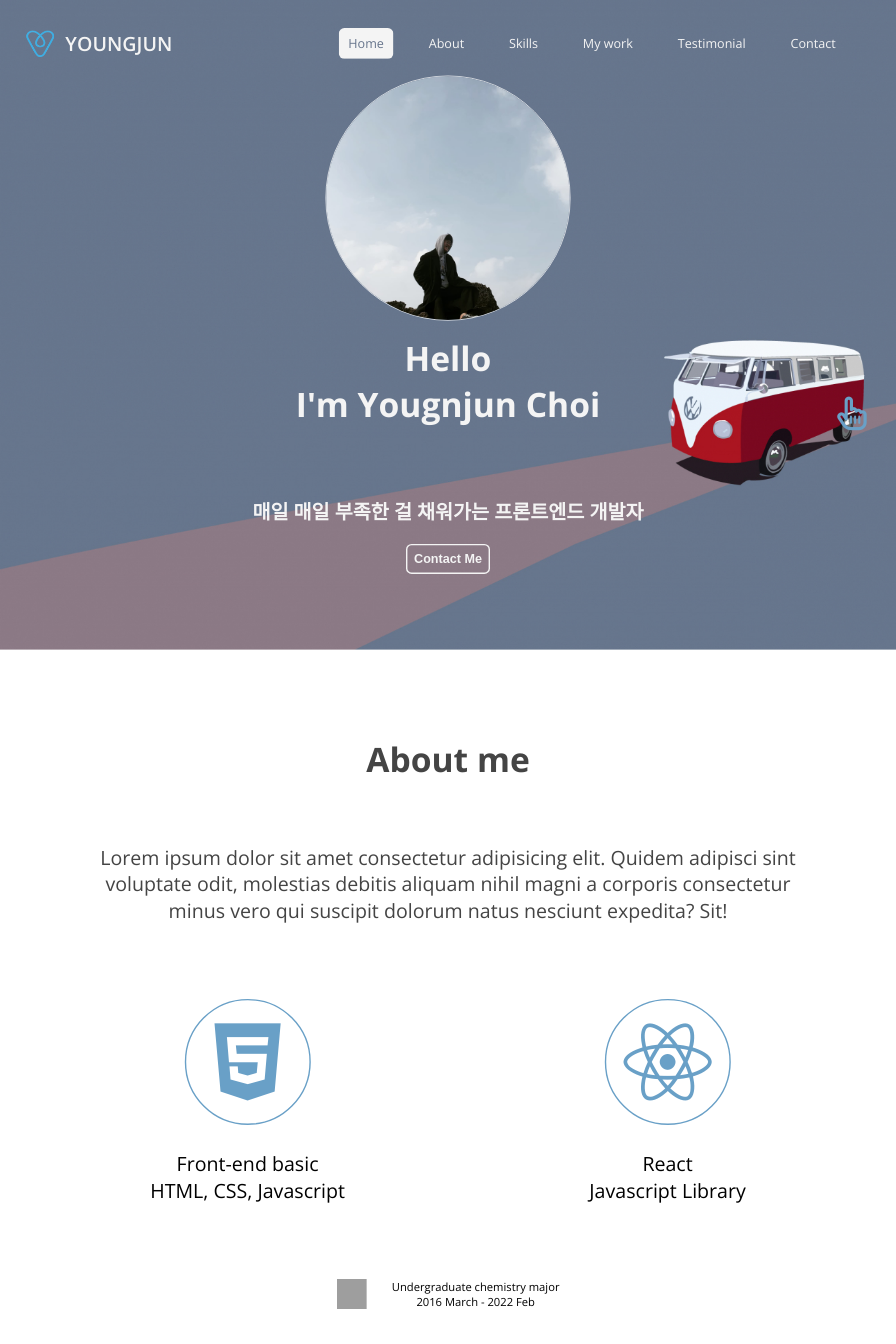
Repository: choi2021/portfolio-vanillaJS
Page: index.html
These files come from the project's save history. The page is drawn as it stood at one moment and after the next save; the edit follows.
The browser window is 1280 px wide. The pictures show the part of the page from y = 0 to 1920 px (the page is 5636 px tall), at 70% of full size.
Pictures or frames that could not be fetched are drawn as grey boxes. Some web libraries are served in a nearby version.

Above is the page before, as saved 2022-01-08 16:52:12.

### index.html
<!DOCTYPE html>
<html lang="en">

<head>
  <meta charset="UTF-8">
  <meta http-equiv="X-UA-Compatible" content="IE=edge">
  <meta name="viewport" content="width=device-width, initial-scale=1.0">
  <title>Youngjun's Portfolio</title>
  <meta name="description" content="Front-end developer Youngjun">
  <meta name="author" content="Youngjun ">
  <link rel="icon" href="public/favicon.png" type="public/png">
  <link rel="stylesheet" href="style.css">
  <script src="main.js" defer></script>
  <script src="https://kit.fontawesome.com/a6a726722e.js" crossorigin="anonymous"></script>
  <link href="https://fonts.googleapis.com/css2?family=Open+Sans:wght@400;600;700&display=swap" rel="stylesheet">
</head>

<body>
  <!-- Navbar -->
  <nav class="navbar">
    <div class="navbar__logo">
      <img src="public/favicon.png" alt="logo">
      <a href="#">YOUNGJUN</a>
    </div>
    <ul class="navbar__menu">
      <li class="navbar__menu__item active" data-section=".home">Home</li>
      <li class="navbar__menu__item" data-section=".about">About</li>
      <li class="navbar__menu__item" data-section=".skills">Skills</li>
      <li class="navbar__menu__item" data-section=".work">My work</li>
      <li class="navbar__menu__item" data-section=".testimonials">Testimonial</li>
      <li class="navbar__menu__item" data-section=".contact">Contact</li>
    </ul>
    <button class="navbar__toggleBtn">
      <i class="fas fa-bars"></i>
    </button>
  </nav>
  <!-- Home -->
  <section class="home">
    <img class="home__avatar" src="public/profile.jpg" alt="home-img">
    <h1 class="title">Hello <br> I'm Yougnjun Choi</h1>
    <h3 class="description">매일 매일 부족한 걸 채워가는 프론트엔드 개발자</h3>
    <button class="home__contact">contact me</button>
  </section>
  <!-- About -->
  <section class="about section">
    <div class="section__container">
      <h1 class="title">About me</h1>
      <p class="description">Lorem ipsum dolor sit amet consectetur adipisicing elit. Quidem adipisci sint voluptate
        odit, molestias debitis aliquam nihil magni a corporis consectetur minus vero qui suscipit dolorum natus
        nesciunt
        expedita? Sit!</p>
      <ul class="about__stacks">
        <li class="stack">
          <div class="stack__icon">
            <i class="fab fa-html5"></i>
          </div>
          <div class="stack__title">Front-end basic</div>
          <div class="stack__description">HTML, CSS, Javascript</div>
        </li>
        <li class="stack">
          <div class="stack__icon">
            <i class="fab fa-react"></i>
          </div>
          <div class="stack__title">React</div>
          <div class="stack__description">Javascript Library</div>
        </li>
      </ul>
      <div class="about__experience">
        <img src="public/gist_logo.jpg" alt="">
        <div class="experience__description">
          <div class="experience__name">Undergraduate chemistry major</div>
          <div class="experience__term">2016 March - 2022 Feb</div>
        </div>
      </div>
    </div>
  </section>
  <!-- Skills -->
  <section class="skills section">
    <div class="section__container">
      <h1 class="title">Skills</h1>
      <h2 class="sub_title">Skills & Attributes</h2>
      <p class="description">Lorem ipsum dolor sit amet, consectetur adipisicing elit. Harum cupiditate magnam modi
        eius? Soluta,
        quidem sed dicta animi maiores nemo laudantium dolores aliquam, molestias suscipit id accusantium unde
        temporibus
        nostrum.</p>
      <div class="skillset">
        <div class="skillset__left">
          <h3 class="skillset__title">Skills</h3>
          <div class="skill">
            <div class="skill__description">
              <span class="description__name">HTML</span>
              <span class="description__figure">80%</span>
            </div>
            <div class="skill__bar">
              <div class="skill__value" style="width: 80%"></div>
            </div>
          </div>
          <div class="skill">
            <div class="skill__description">
              <span class="description__name">CSS</span>
              <span class="description__figure">60%</span>
            </div>
            <div class="skill__bar">
              <div class="skill__value" style="width: 60%"></div>
            </div>
          </div>
          <div class="skill">
            <div class="skill__description">
              <span class="description__name">Javascript</span>
              <span class="description__figure">40%</span>
            </div>
            <div class="skill__bar">
              <div class="skill__value" style="width: 40%"></div>
            </div>
          </div>
          <div class="skill">
            <div class="skill__description">
              <span class="description__name">React</span>
              <span class="description__figure">10%</span>
            </div>
            <div class="skill__bar">
              <div class="skill__value" style="width:10%"></div>
            </div>
          </div>
        </div>
        <div class="skillset__right">
          <section class="tools">
            <h3 class="tools__title">Tools</h3>
            <ul class="tools__list">
              <li>
                <span>Visual Studio</span>
              </li>
            </ul>
          </section>
          <section class="etc">
            <h3 class="skillset__title">Etc</h3>
            <ul class="etc__list">
              <li>
                <span>Git</span>
              </li>
            </ul>
          </section>
        </div>
      </div>
    </div>
  </section>
  <section class="work section">
    <div class="section__container">
      <h1 class="title">My Work</h1>
      <h2 class="description">Projects</h2>
      <div class="work__categories">
        <button class="category__btn active">
          All
          <span class="category__count">8</span>
        </button>
        <button class="category__btn">HTML+CSS<span class="category__count">3</span></button>
        <button class="category__btn">HTML+CSS+Javascript<span class="category__count">3</span></button>
        <button class="category__btn">React<span class="category__count">2</span></button>
      </div>
      <div class="work__projects">
        <a href="#" class="project">
          <img src="public/background.jpg" alt="">
          <div class="project__description">
            <h3>Youtube UI</h3>
            <span>Clone coding with HTML and CSS</span>
          </div>
        </a>
        <a href="#" class="project">
          <img src="public/background.jpg" alt="">
          <div class="project__description">
            <h3>Youtube UI</h3>
            <span>Clone coding with HTML and CSS</span>
          </div>
        </a>
        <a href="#" class="project">
          <img src="public/background.jpg" alt="">
          <div class="project__description">
            <h3>Youtube UI</h3>
            <span>Clone coding with HTML and CSS</span>
          </div>
        </a>
        <a href="#" class="project">
          <img src="public/background.jpg" alt="">
          <div class="project__description">
            <h3>Youtube UI</h3>
            <span>Clone coding with HTML and CSS</span>
          </div>
        </a>
        <a href="#" class="project">
          <img src="public/background.jpg" alt="">
          <div class="project__description">
            <h3>Youtube UI</h3>
            <span>Clone coding with HTML and CSS</span>
          </div>
        </a>
        <a href="#" class="project">
          <img src="public/background.jpg" alt="">
          <div class="project__description">
            <h3>Youtube UI</h3>
            <span>Clone coding with HTML and CSS</span>
          </div>
        </a>
        <a href="#" class="project">
          <img src="public/background.jpg" alt="">
          <div class="project__description">
            <h3>Youtube UI</h3>
            <span>Clone coding with HTML and CSS</span>
          </div>
        </a>
        <a href="#" class="project">
          <img src="public/background.jpg" alt="">
          <div class="project__description">
            <h3>Youtube UI</h3>
            <span>Clone coding with HTML and CSS</span>
          </div>
        </a>
      </div>
    </div>
  </section>
  <section class="testimonials section">
    <div class="section__container">
      <h1 class="title">Testimonials</h1>
      <h2 class="description">See what they say about me</h2>
      <div class="testimonialset">
        <div class="testimonial">
          <img class="testimonial__avatar" src="public/background2.jpg" alt="">
          <div class="testimonial__speech-bubble">
            <span>Lorem ipsum dolor sit amet consectetur adipisicing elit. Minus tenetur in minima voluptatum! Accusamus
              suscipit laborum corrupti quidem fuga ratione doloremque. Fugiat porro sapiente sed suscipit delectus
              animi
              harum officia!</span>
            <div class="name-and-company">
              <span class="name"><a href="#"> Ellie</a></span>
              <span class="companay">TigerSpike</span>
            </div>
          </div>
        </div>
        <div class="testimonial">
          <div class="section__container"></div>
          <div class="testimonial__speech-bubble">
            <span>Lorem ipsum dolor sit amet consectetur adipisicing elit. Minus tenetur in minima voluptatum! Accusamus
              suscipit laborum corrupti quidem fuga ratione doloremque. Fugiat porro sapiente sed suscipit delectus
              animi
              harum officia!</span>
            <div class="name-and-company">
              <span class="name"><a href="#"> Ellie</a></span>
              <span class="companay">TigerSpike</span>
            </div>
          </div>
          <img class="testimonial__avatar" src="public/background2.jpg" alt="">
        </div>
      </div>
    </div>

  </section>
  <section class="contact section">
    <h1 class="title">Let's Talk</h1>
    <h2 class="contact__email">juni2004c@gmail.com</h2>
    <div class="contact__links">
      <a href="#">
        <i class="fab fa-github"></i>
      </a>
    </div>
    <p class="contact__rights">2022 Youngjun Choi- All rights reserved</p>
  </section>
  <button class="upBtn">
    <i class="far fa-hand-pointer"></i>
  </button>
</body>

</html>

### style.css
:root {
  /* color */
  --white-color: #f4f4f4;
  --blue-color: #69a0c7;
  --light-yellow-color: #fff6cb;
  --deep-yellow-color: #feac3e;
  --pink-color: #fd8682;
  --black-color: #444444;
  --dark-gray-color: #565656;
  --dim-gray-color: #706f6d;
  --light-gray-color: #d1d1d1;
  --dark-red-color: #8c7a86;
  --dark-blue-color: #67758c;

  /* Space */
  --base-space: 36px;

  /* Font weight */
  --weight-bold: 700;
  --weight-semi-bold: 600;
  --weight-regular: 400;

  /* Font-size */
  --font-large: 48px;
  --font-medium: 28px;
  --font-regular: 18px;
  --font-small: 16px;

  /* size */
  --count-size: 32px;
  --border-size: 8px;
  --logo-size: 43px;
  --avatar-size: 350px;
  --stack-size: 180px;
  --project-width: 280px;
  --project-height: 250px;
  --testimonial-size: 250px;
}

/* Universal tags */
* {
  box-sizing: border-box;
}

h1 {
  font-size: var(--font-large);
  font-weight: var(--weight-bold);
  color: var(--black-color);
  margin: 16px 0px;
}

h2 {
  font-size: var(--font-medium);
  font-weight: var(--weight-semi-bold);
  color: var(--black-color);
  margin: 8px 0px;
}

body {
  margin: 0;
  font-family: "Open Sans", sans-serif;
}

ul {
  list-style: none;
  padding-left: 0;
}

a {
  text-decoration: none;
  color: var(--black-color);
}

button {
  border: none;
  outline: none;
  background-color: transparent;
  cursor: pointer;
}

/* navbar */

.navbar {
  display: flex;
  justify-content: space-between;
  align-items: center;
  background-color: transparent;
  font-size: var(--font-medium);
  position: fixed;
  top: 0;
  width: 100%;
  padding: 12px var(--base-space);
  transition: all ease-in 300ms;
  z-index: 1000;
}

.navbar.withBGColor {
  background-color: var(--dark-blue-color);
}

.navbar__logo {
  display: flex;
  align-items: center;
}

.navbar__logo img {
  width: var(--logo-size);
  height: var(--logo-size);
  margin-right: calc(0.4 * var(--base-space));
}

.navbar__logo a {
  font-size: var(--font-medium);
  font-weight: var(--weight-semi-bold);
  color: var(--white-color);
}

.navbar__menu {
  display: flex;
  padding-left: 0;
}

.navbar__menu__item {
  padding: 8px 12px;
  font-size: var(--font-regular);
  cursor: pointer;
  border: 2px transparent solid;
  border-radius: var(--border-size);
  color: var(--white-color);
  margin-right: var(--base-space);
}

.navbar__menu__item:hover {
  border: 2px white solid;
}

.navbar__menu__item.active {
  background-color: var(--white-color);
  color: var(--dark-blue-color);
}

.navbar__toggleBtn {
  display: none;
  position: absolute;
  top: 20px;
  right: 24px;
  font-size: var(--font-medium);
  color: var(--blue-color);
}

/* Home */

.home {
  padding: calc(3 * var(--base-space)) var(--base-space);
  background: url(./public/background.jpg) no-repeat center/cover;
  text-align: center;
}

.home__avatar {
  width: var(--avatar-size);
  height: var(--avatar-size);
  border-radius: 50%;
  border: 1px white solid;
}

.home .title {
  font-size: var(--font-large);
  font-weight: var(--weight-bold);
  text-align: center;
  color: var(--white-color);
}

.home .description {
  padding-top: calc(2 * var(--base-space));
  font-size: var(--font-medium);
  color: var(--white-color);
}

.home__contact {
  font-size: var(--font-regular);
  font-weight: var(--weight-bold);
  color: var(--white-color);
  text-transform: capitalize;
  padding: calc(0.25 * var(--base-space));
  border: solid var(--white-color) 2px;
  border-radius: var(--border-size);
}

.home__contact:hover {
  background-color: var(--white-color);
  color: var(--dark-blue-color);
}

.section {
  padding: calc(3 * var(--base-space)) var(--base-space);
  text-align: center;
}

.section__container {
  max-width: 1200px;
  margin: auto;
}

.about .description {
  width: 85%;
  margin: auto;
  padding-top: calc(2 * var(--base-space));
  font-size: var(--font-medium);
  text-align: center;
  color: var(--black-color);
  margin-bottom: calc(2 * var(--base-space));
}

.about__stacks {
  display: flex;
  justify-content: space-around;
  padding-left: 0;
  margin: calc(3 * var(--base-space)) 0;
}

.stack {
  font-size: var(--font-medium);
  display: flex;
  flex-direction: column;
  align-items: center;
  text-align: center;
}

.stack__icon {
  font-size: calc(0.7 * var(--stack-size));
  width: var(--stack-size);
  height: var(--stack-size);
  display: flex;
  justify-content: center;
  align-items: center;
  color: var(--blue-color);
  border: 2px solid var(--blue-color);
  border-radius: 50%;
  margin-bottom: var(--base-space);
  transition: transform 300ms ease-in;
}

.stack__icon:hover {
  transform: rotate(45deg);
  color: var(--dark-blue-color);
  border: 2px solid var(--dark-blue-color);
}

.about__experience {
  display: flex;
  justify-content: center;
  width: 50%;
  margin: auto;
}

.about__experience img {
  width: var(--logo-size);
  height: var(--logo-size);
  margin-right: var(--base-space);
}

.skills {
  background-color: var(--light-yellow-color);
}

.skills .sub_title {
  font-size: var(--font-medium);
  font-weight: var(--weight-bold);
  text-align: center;
  color: var(--black-color);
}

.skills .description {
  width: 85%;
  margin: auto;
  padding-top: calc(2 * var(--base-space));
  font-size: var(--font-medium);
  text-align: center;
  color: var(--black-color);
  margin-bottom: calc(2 * var(--base-space));
}

.skillset {
  display: flex;
  background-color: var(--black-color);
}

.skillset__left {
  flex-basis: 60%;
  display: flex;
  color: var(--white-color);
  flex-direction: column;
  align-items: center;
  padding: var(--base-space);
}

.skillset__title {
  font-size: var(--font-regular);
}

.skill {
  width: 100%;
  margin-bottom: var(--base-space);
}

.skill__description {
  width: 100%;
  font-size: var(--font-small);
  display: flex;
  justify-content: space-between;
}

.skill__bar {
  height: 3px;
  background-color: var(--dim-gray-color);
}

.skill__value {
  height: 3px;
  background-color: var(--deep-yellow-color);
}

.skillset__right {
  flex-basis: 40%;
  display: flex;
  flex-direction: column;
  margin: 0;
  text-align: center;
}

.tools {
  background-color: var(--dark-gray-color);
  width: 100%;
  height: 50%;
  color: var(--white-color);
}

.etc {
  background-color: var(--dim-gray-color);
  padding-left: 0;
  height: 50%;
  color: var(--white-color);
}

.tools__list,
.etc__list {
  padding-left: 0;
}

.work .description {
  width: 85%;
  margin: auto;
  padding-top: calc(2 * var(--base-space));
  color: var(--black-color);
  margin-bottom: calc(2 * var(--base-space));
}

.work__categories {
  margin-bottom: var(--base-space);
}

.category__btn {
  font-size: var(--font-regular);
  padding: 8px 12px;
  border: 1px solid var(--dim-gray-color);
  border-radius: var(--border-size);
}

.category__btn.active {
  color: var(--white-color);
  background-color: var(--dark-blue-color);
}

.category__count {
  display: inline-block;
  font-size: var(--font-regular);
  border-radius: 50%;
  width: var(--count-size);
  height: var(--count-size);
  line-height: 32px;
  background-color: var(--deep-yellow-color);
  margin-left: 8px;
  position: relative;
  top: -40px;
  left: 4px;
  opacity: 0;
  transition: all 300ms ease-in;
}
.category__btn.active .category__count,
.category__btn:hover .category__count {
  opacity: 1;
  top: 0;
  left: 0;
}

.work__projects {
  display: flex;
  justify-content: center;
  flex-wrap: wrap;
  width: 100%;
}

.project {
  position: relative;
  width: var(--project-width);
  height: var(--project-height);
  margin-right: calc(0.5 * var(--base-space));
  margin-bottom: calc(0.5 * var(--base-space));
}

.project img {
  width: 100%;
  height: 100%;
}

.project__description {
  background-color: var(--light-yellow-color);
  position: absolute;
  top: 0;
  left: 0;
  width: 100%;
  height: 100%;
  display: flex;
  flex-direction: column;
  justify-content: center;
  opacity: 0;
  transform: translate(0, 10px);
  transition: all 300ms ease-in-out;
}

.project__description:hover {
  opacity: 0.9;
  transform: translate(0, 0);
}

.project__description h3::after {
  display: block;
  margin: auto;
  content: "";
  width: 125px;
  height: 2px;
  background-color: var(--dim-gray-color);
}

.project__description span {
  font-size: var(--font-small);
}

/* Testimonial */

.testimonials {
  background-color: var(--light-gray-color);
}

.testimonials .description {
  max-width: 1200px;
  padding-top: calc(var(--base-space));
  font-size: var(--font-medium);
  color: var(--black-color);
  margin-bottom: calc(2 * var(--base-space));
}

.testimonialset {
  display: flex;
  flex-direction: column;
}

.testimonial {
  display: flex;
  margin-bottom: var(--base-space);
}

.testimonial:nth-child(odd) .testimonial__avatar {
  margin-right: 24px;
}

.testimonial:nth-child(even) .testimonial__avatar {
  margin-left: 24px;
}

.testimonial__avatar {
  width: var(--testimonial-size);
  height: var(--testimonial-size);
}

.testimonial__speech-bubble {
  background-color: var(--white-color);
  padding: var(--base-space);
  font-size: var(--font-regular);
  text-align: center;
}

.testimonial__speech-bubble .name-and-company {
  margin-top: var(--base-space);
}

.testimonial__speech-bubble .name {
  font-weight: var(--weight-bold);
}

/* contact */
.contact {
  background-color: var(--dark-blue-color);
}

.contact .title,
.contact__email,
.contact__rights {
  color: var(--white-color);
}

.contact .title {
  font-size: var(--font-large);
}

.contact__email {
  font-size: var(--font-medium);
}

.contact__links {
  color: var(--white-color);
}

.contact__links a {
  font-size: var(--logo-size);
  color: var(--white-color);
}

.contact__links a i {
  transition: transform 300ms ease-in-out;
}

.contact__links a i:hover {
  transform: scale(1.1);
}

.contact__rights {
  font-size: var(--font-regular);
}

.upBtn {
  position: fixed;
  right: 36px;
  bottom: 100px;
  font-size: var(--font-large);
  color: var(--blue-color);
}

@media screen and (min-width: 768px) and (max-width: 1070px) {
  :root {
    /* Space */
    --base-space: 24px;

    /* Font weight */
    --weight-bold: 700;
    --weight-semi-bold: 600;
    --weight-regular: 400;

    /* Font-size */
    --font-large: 36px;
    --font-medium: 24px;
    --font-regular: 16px;
    --font-small: 12px;

    /* size */
    --count-size: 32px;
    --border-size: 8px;
    --logo-size: 43px;
    --avatar-size: 250px;
    --stack-size: 180px;
    --project-width: 280px;
    --project-height: 250px;
    --testimonial-size: 80px;
  }

  .navbar {
    flex-direction: column;
    align-items: flex-start;
  }

  .navbar__menu {
    flex-direction: column;
    width: 100%;
    text-align: center;
    display: none;
  }

  .navbar__toggleBtn {
    display: block;
    position: absolute;
    cursor: pointer;
  }
}

@media screen and (max-width: 768px) {
  :root {
    /* Space */
    --base-space: 24px;

    /* Font weight */
    --weight-bold: 700;
    --weight-semi-bold: 600;
    --weight-regular: 400;

    /* Font-size */
    --font-large: 36px;
    --font-medium: 24px;
    --font-regular: 16px;
    --font-small: 12px;

    /* size */
    --count-size: 32px;
    --border-size: 8px;
    --logo-size: 43px;
    --avatar-size: 250px;
    --stack-size: 180px;
    --project-width: 280px;
    --project-height: 250px;
    --testimonial-size: 80px;
  }
  .navbar {
    flex-direction: column;
    align-items: flex-start;
  }

  .navbar__menu {
    flex-direction: column;
    width: 100%;
    text-align: center;
    display: none;
  }

  .navbar__toggleBtn {
    display: block;
    position: absolute;
    cursor: pointer;
  }

  .about__stacks {
    flex-direction: column;
  }

  .stack {
    margin-bottom: var(--base-space);
  }

  .skillset {
    flex-direction: column;
  }

  .category__btn {
    padding: 4px 8px;
  }

  .project {
    flex-grow: 1;
  }
}

Loaded but not shown: main.js (59 lines, source omitted)

After the next save:
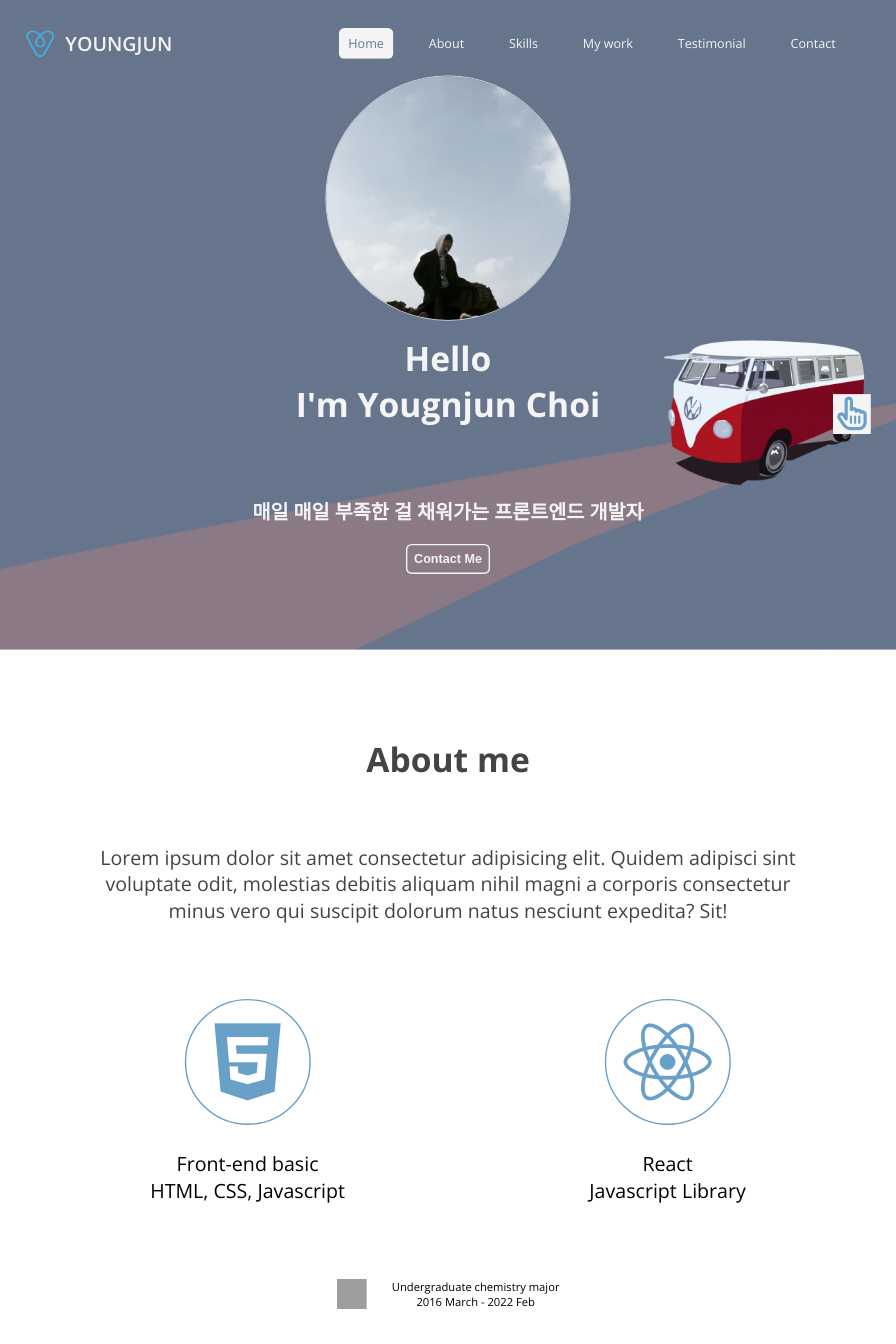
Saved 11 s later.
--- a/style.css
+++ b/style.css
@@ -544,6 +544,7 @@ button {
   bottom: 100px;
   font-size: var(--font-large);
   color: var(--blue-color);
+  background-color: var(--white-color);
 }
 
 @media screen and (min-width: 768px) and (max-width: 1070px) {
